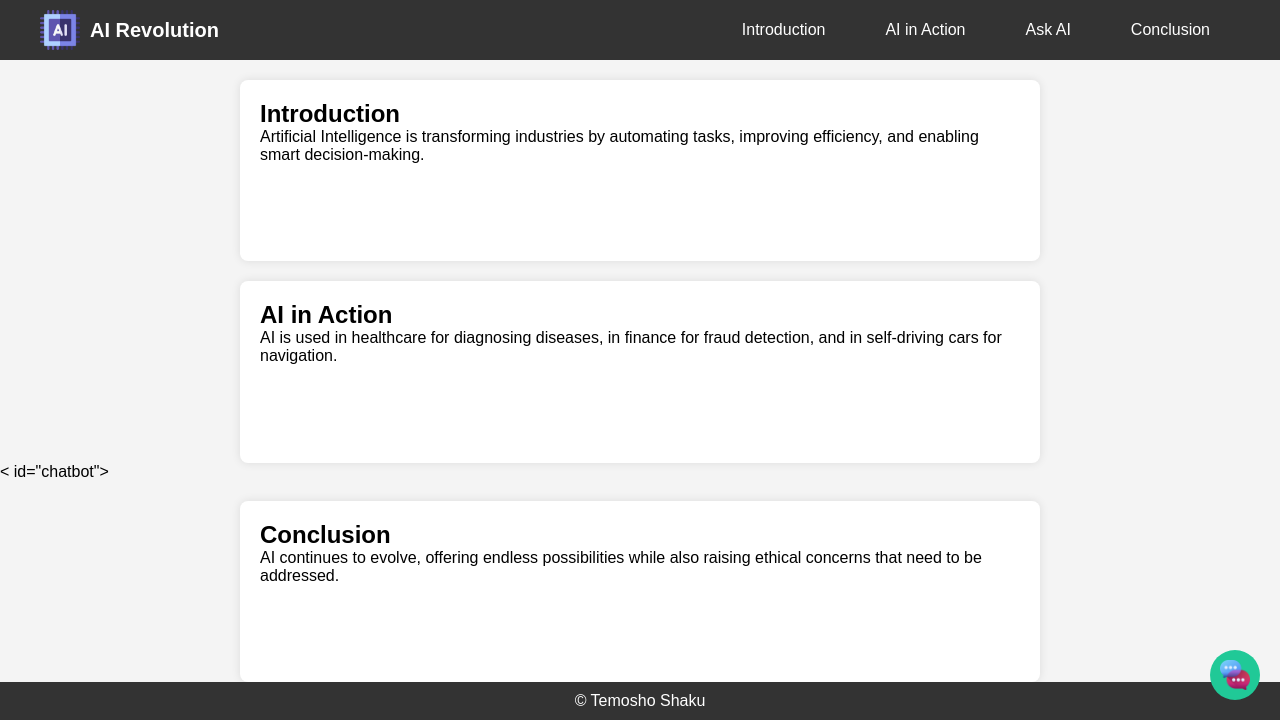
Repository: TemoshoS/ai
Page: index.html
The author's editor kept a copy of each file at every save. The page is drawn from the files as they stood at one save, then again after a run of saves.
The browser window is 1280 px wide. The pictures show the whole page.

Above is the page before, as saved 2025-02-16 16:54:09.

After the next 2 saves:
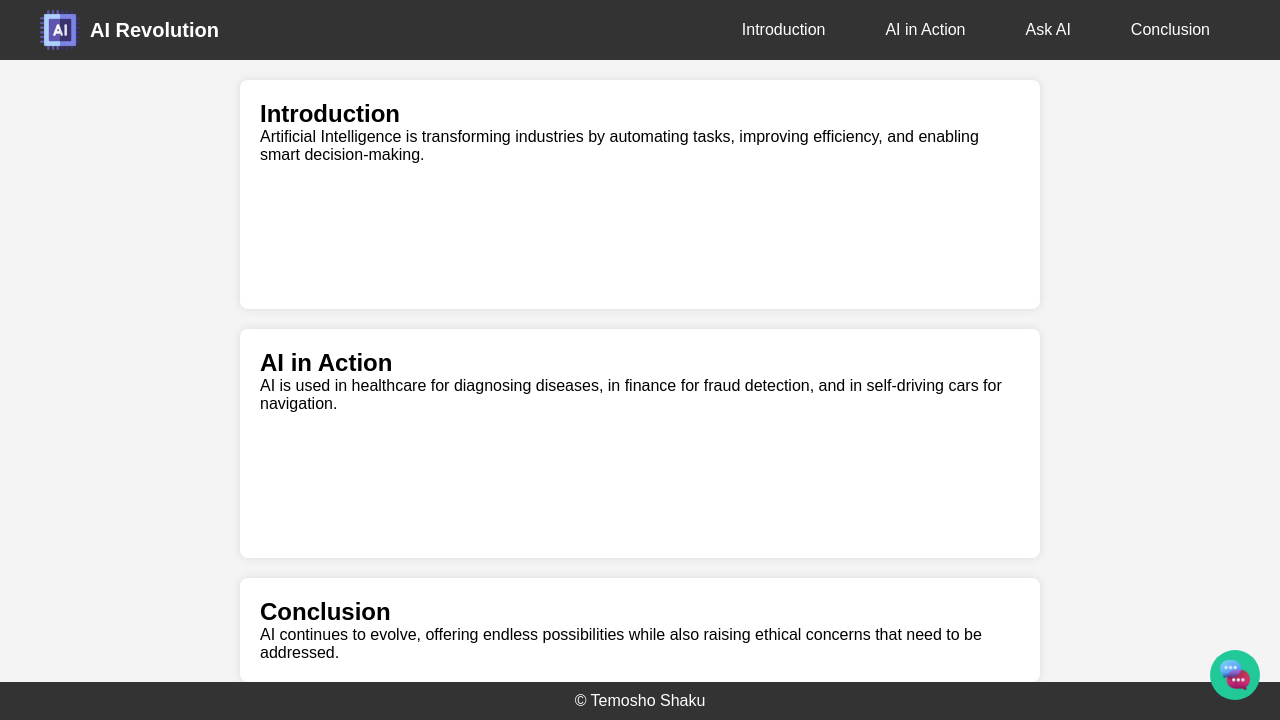
The 2 saves are shown as one change because they came seconds apart.
The last was saved 21 s later.
--- a/index.html
+++ b/index.html
@@ -33,7 +33,7 @@
         <p>AI is used in healthcare for diagnosing diseases, in finance for fraud detection, and in self-driving cars for navigation.</p>
     </section>
 
-    < id="chatbot">
+    <div id="chatbot">
 
 
         <!-- Chat Icon -->
@@ -53,7 +53,7 @@
             <input type="text" id="chatInput" placeholder="Type your message...">
             <button id="sendChat">Send</button>
         </div>
-    </>
+    </ div>
 
 
     <section id="conclusion">
